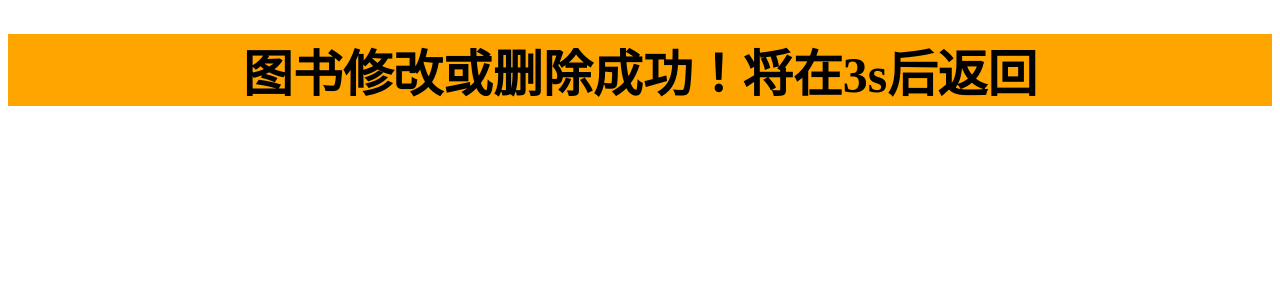
Repository: Rainbow-Chua/learningcode
Page: http://localhost/MyBookManager/modifyBookTypeSuccess.jsp
An editor plug-in stored every save of this project. The page is shown before and after the next save, followed by the edit.
The browser window is 1280 px wide. The pictures show the whole page.
The page is served by Tomcat 9.

Above is the page before, as saved 2017-12-03 02:01:00.

After the next save:
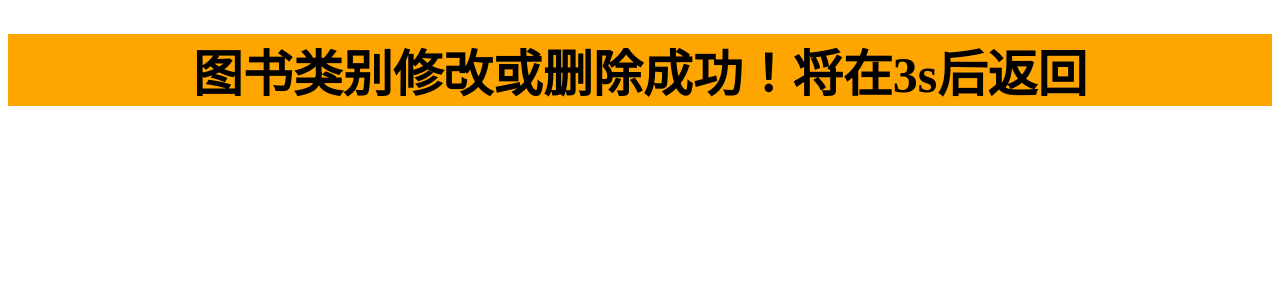
Saved 52 s later.
--- a/MyBookManager/WebContent/modifyBookTypeSuccess.jsp
+++ b/MyBookManager/WebContent/modifyBookTypeSuccess.jsp
@@ -15,8 +15,8 @@
 </head>
 <body>
 	<div class="h">
-		<h1 style="font-size: 50px; font-weight: bold; color: black;">图书修改或删除成功！将在3s后返回</h1>
+		<h1 style="font-size: 50px; font-weight: bold; color: black;">图书类别修改或删除成功！将在3s后返回</h1>
 	</div>
-	<%response.setHeader("REFRESH","3;url=BookManager.jsp"); %>
+	<%response.setHeader("REFRESH","3;url=BookTypeManager.jsp"); %>
 </body>
 </html>
